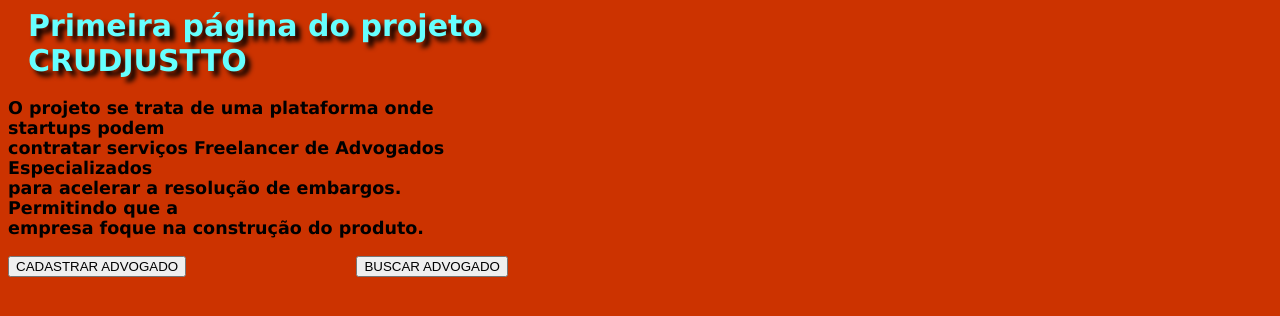
Repository: Natan16/CRUDJUSTTO
Page: CRUDJUSTTOWEB/WebContent/index.html
An editor plug-in stored every save of this project. The page is shown before and after a run of saves, followed by the edit.
The browser window is 1280 px wide. The pictures show the whole page.

Above is the page before, as saved 2019-09-01 03:20:12.

### CRUDJUSTTOWEB/WebContent/index.html
<html>
	<head>
		<title>Projeto CRUDJUSTTO</title>
		<link href="Estilo.css" rel="stylesheet" media="all" />
	</head>
	<body>
		<h1>Primeira página do projeto CRUDJUSTTO</h1>
		<h3>
			<p>
				O projeto se trata de uma plataforma onde startups podem <br>
				contratar serviços Freelancer de Advogados Especializados<br>
				para acelerar a resolução de embargos. Permitindo que a <br>
				empresa foque na construção do produto.
			</p>

		</h3>
		<form action="adiciona-advogado.jsp" method="post" style="float:left;">
			<input type="submit" value="CADASTRAR ADVOGADO" >
		</form>

		<form action="consulta-advogado.jsp" method="post" style="float:right;">
			<input type="submit" value="BUSCAR ADVOGADO" >
		</form>


	</body>
</html>

### CRUDJUSTTOWEB/WebContent/Estilo.css


form , body{
    font-family: Verdana,Tahoma,sans-serif;
    font-size: 15px;
    background-color: #CC3300;
    max-width: 500px;
}

h1 {
    margin-bottom: 20px;
    margin-left: 20px;
    color: #66FFFF;
    text-shadow: 5px 5px 5px black;
}

select {
	width: 70px;
    color: black;
    margin-left: 20px;
}

textarea {
    width: 200px;
    padding: 10px;
    color: black;
    margin-left: 20px;
    -webkit-border-radius: 5px;
    -moz-border-radius: 5px;
    border: 1px solid;
}

input:hover, textarea:hover, input:focus, textarea:focus {
    border-color: #000066;
    box-shadow: 5px 0px 9px #FFFF00;
    background-color: #66FFFF;
    color: black;
    font-weight: bold;
}

.submit input {
    background-color: #66FFFF;
    height: 40px;
    width: 100px;
    font-weight: bold;
    border-radius: 5px;
    -webkit-border-radius: 5px;
    -moz-border-radius: 5px;
    border: 1px solid;
    color: black;
}

textarea {
    width: 400px;
    height: 120px;
    line-height: 20px;
    max-width: 400px;
}

form label {
    margin-left: 20px;
    color: #FFFFFF;
    font-weight: bold;
}

After the next 2 saves:
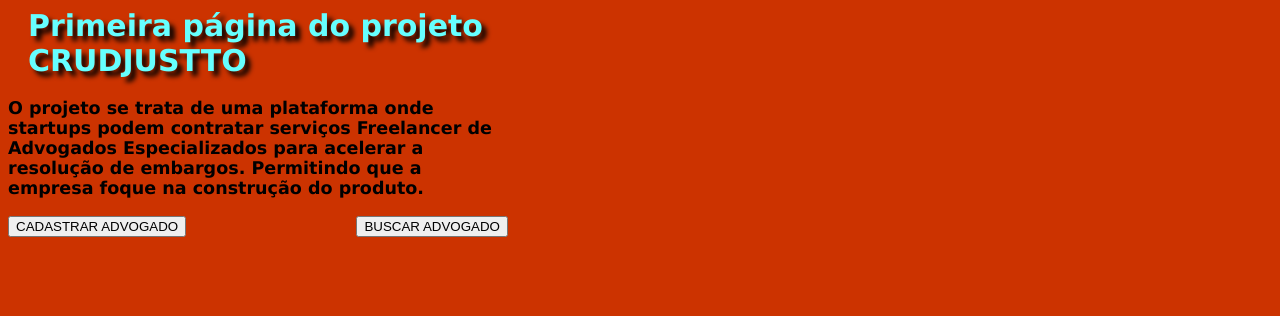
The 2 saves are shown as one change because they came seconds apart.
The last was saved 7 min 55 s later.
--- a/CRUDJUSTTOWEB/WebContent/index.html
+++ b/CRUDJUSTTOWEB/WebContent/index.html
@@ -7,9 +7,9 @@
 		<h1>Primeira página do projeto CRUDJUSTTO</h1>
 		<h3>
 			<p>
-				O projeto se trata de uma plataforma onde startups podem <br>
-				contratar serviços Freelancer de Advogados Especializados<br>
-				para acelerar a resolução de embargos. Permitindo que a <br>
+				O projeto se trata de uma plataforma onde startups podem
+				contratar serviços Freelancer de Advogados Especializados
+				para acelerar a resolução de embargos. Permitindo que a
 				empresa foque na construção do produto.
 			</p>
 
